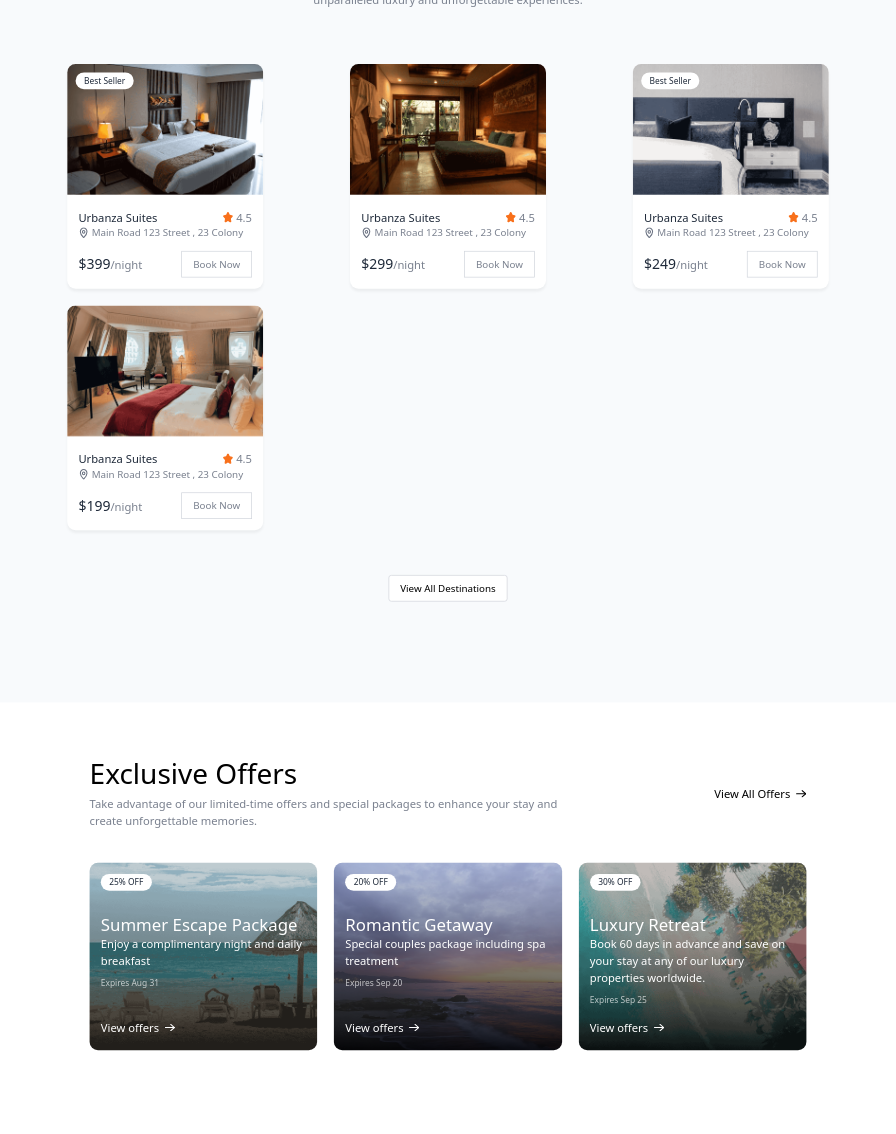
Repository: Ponn-Star/My-App
Page: / (app in FrontEnd/)
The author's editor kept a copy of each file at every save. The page is drawn from the files as they stood at one save, then again after the next save.
The browser window is 1280 px wide. The pictures show the part of the page from y = 889 to 2809 px (the page is 2509 px tall before and 2809 px after), at 70% of full size.
The project was rebuilt for these pictures with package versions that can differ from the ones it lists, and the page was loaded fresh each time. Also part of the build but not shown: FrontEnd/vite.config.js, FrontEnd/src/assets/assets.js.

Above is the page before, as saved 2025-05-08 23:33:27.

After the next save:
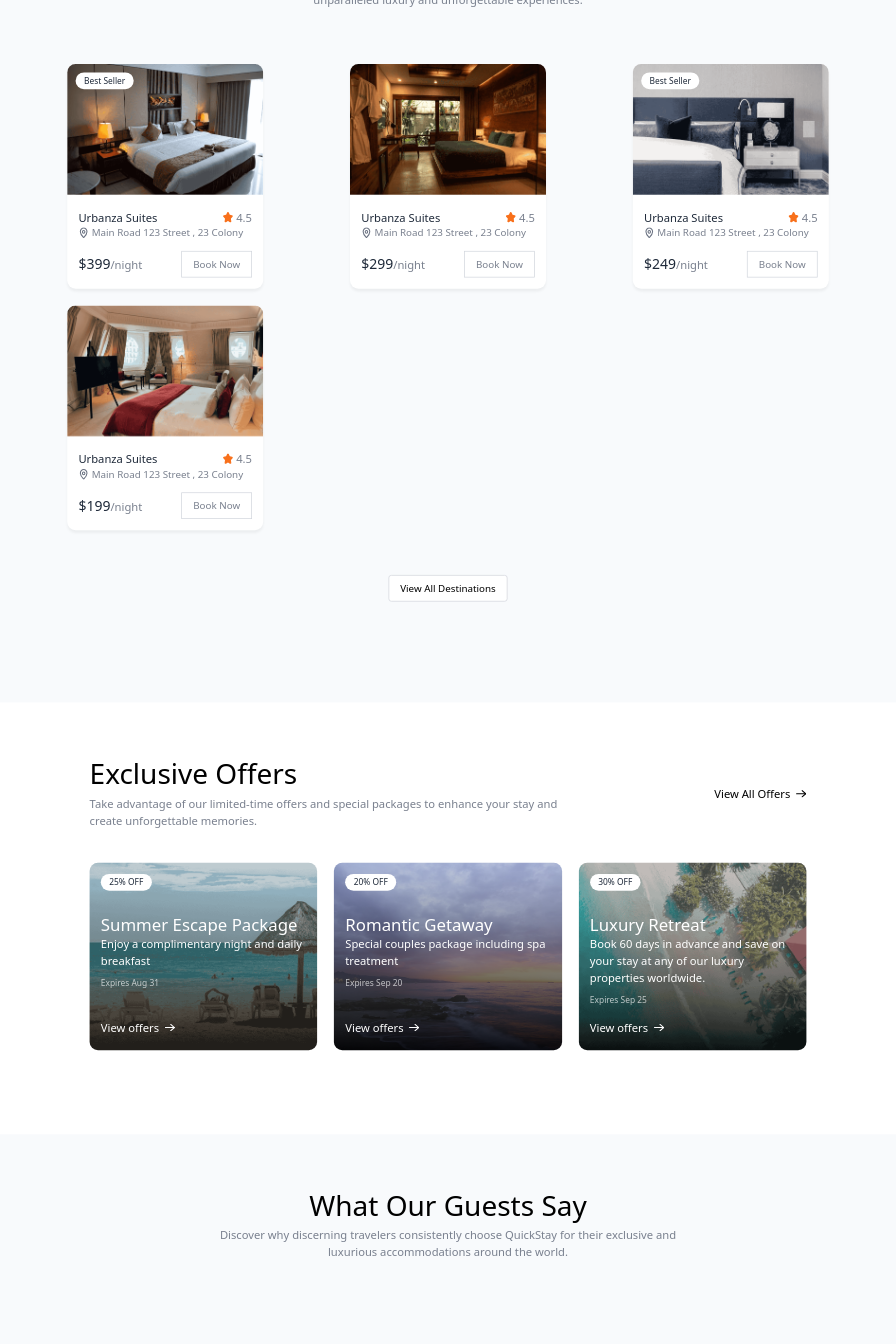
Saved 14 s later.
--- a/FrontEnd/src/pages/Home.jsx
+++ b/FrontEnd/src/pages/Home.jsx
@@ -2,6 +2,7 @@ import React from 'react'
 import Hero from '../components/Hero'
 import FeaturedDestination from '../components/FeaturedDestination'
 import ExclusiveOffers from '../components/ExclusiveOffers'
+import Testimonial from '../components/Testimonial'
 
 const Home = () => {
   return (
@@ -9,6 +10,7 @@ const Home = () => {
       <Hero />
       <FeaturedDestination />
       <ExclusiveOffers />
+      <Testimonial />
     </>
   )
 }
